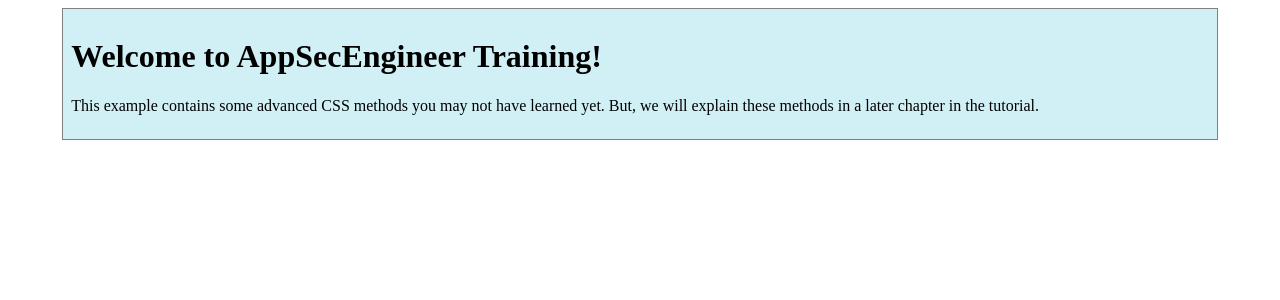
Repository: kanumuruwe45/aws-ecr
Page: templates/index.html
The author's editor kept a copy of each file at every save. The page is drawn from the files as they stood at one save, then again after a run of saves.
The browser window is 1280 px wide. The pictures show the whole page.
The template is drawn by Flask 3. The application's start-up code is not run. The template is opened directly, without the code that normally fills it, so the values that code supplies are empty.

Above is the page before, as saved 2021-07-07 16:29:00.

After the next 5 saves:
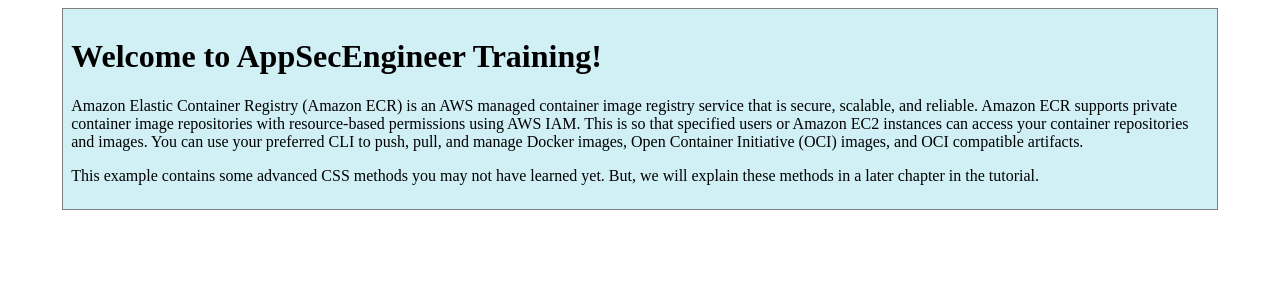
The 5 saves are shown as one change because they came seconds apart.
The last was saved 28 s later.
--- a/templates/index.html
+++ b/templates/index.html
@@ -19,6 +19,7 @@
 
 <div class="center_div">
   <h1>Welcome to AppSecEngineer Training!</h1>
+  <p>Amazon Elastic Container Registry (Amazon ECR) is an AWS managed container image registry service that is secure, scalable, and reliable. Amazon ECR supports private container image repositories with resource-based permissions using AWS IAM. This is so that specified users or Amazon EC2 instances can access your container repositories and images. You can use your preferred CLI to push, pull, and manage Docker images, Open Container Initiative (OCI) images, and OCI compatible artifacts.</p>
   <p>This example contains some advanced CSS methods you may not have learned yet. But, we will explain these methods in a later chapter in the tutorial.</p>
 </div>
 
